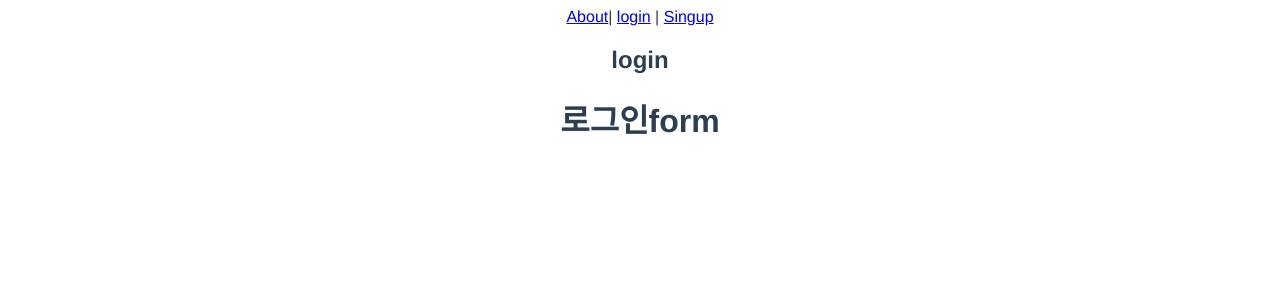
Repository: HeeJeong0718/captin
Page: /
The author's editor kept a copy of each file at every save. The page is drawn from the files as they stood at one save, then again after the next save.
The browser window is 1280 px wide. The pictures show the whole page.
The project was rebuilt for these pictures with package versions that can differ from the ones it lists, and the page was loaded fresh each time. Also part of the build but not shown: vue.config.js.

Above is the page before, as saved 2022-04-23 19:15:01.

After the next save:
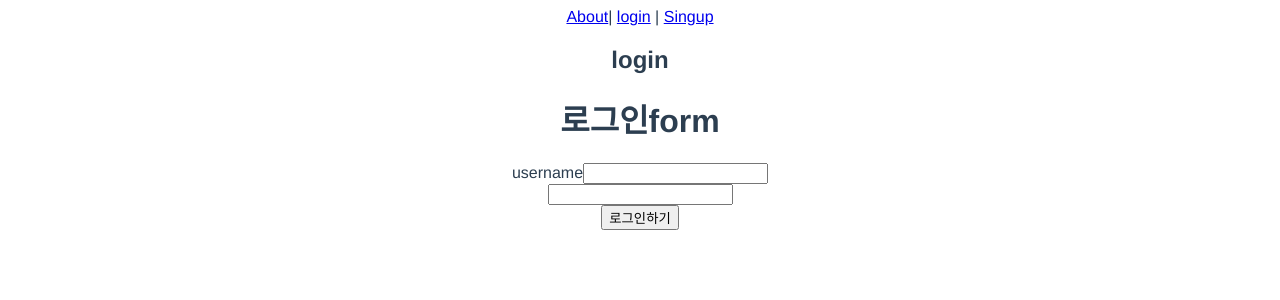
Saved 107 s later.
--- a/src/components/LoginForm.vue
+++ b/src/components/LoginForm.vue
@@ -1,8 +1,19 @@
 <template>
    <div>
        <h1>로그인form</h1>
+     <form>
+      <div>
+          <label for="username">username</label>
+          <input type="text"  id="username">
+      </div>
+      <div>
+          <label for="password"></label>
+          <input type="text" id="password">
+      </div>
+      <button type="submit">로그인하기</button>
+   </form>
+   </div>
 
-   </div>
 </template>
 
 <script>
